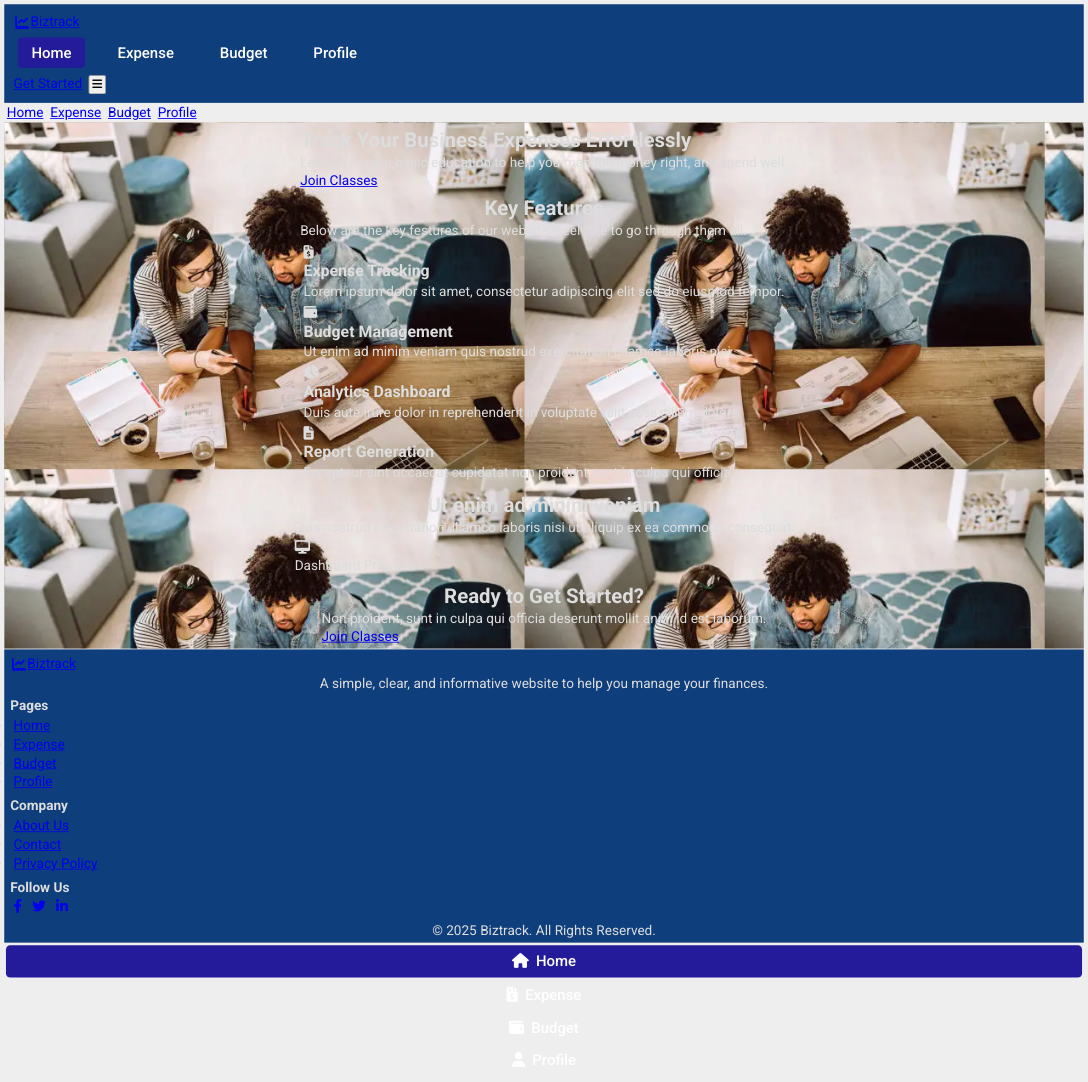
Repository: JoyUdoh106/wdd131
Page: project/index.html
An editor plug-in stored every save of this project. The page is shown before and after the next save, followed by the edit.
The browser window is 1280 px wide. The pictures show the whole page, at 85% of full size.

Above is the page before, as saved 2025-08-10 18:48:57.
Console error: TypeError: Cannot set properties of null (setting 'textContent')

### project/index.html
<!DOCTYPE html>
<html lang="en">
<head>
    <meta charset="UTF-8">
    <meta name="viewport" content="width=device-width, initial-scale=1.0">
    <title>BIZTRACK - Track Expense and Budget - HOME PAGE</title>
    <meta name="description" content="An informational website on tracking expenses and making budgets - Home page">
    <meta name="author" content="Joy Paulinus Udoh">

    <link rel="stylesheet" href="styles/project.css">
    <script src="scripts/project.js" defer></script>
    <link rel="stylesheet" href="styles/project-large.css">
    <link rel="stylesheet" href="https://cdnjs.cloudflare.com/ajax/libs/font-awesome/6.4.0/css/all.min.css">

    <link rel="preconnect" href="https://fonts.googleapis.com">
    <link rel="preconnect" href="https://fonts.gstatic.com" crossorigin>
    <link href="https://fonts.googleapis.com/css2?family=Merriweather:wght@300;400&family=Roboto:ital,wght@0,100..900;1,100..900&display=swap" rel="stylesheet">
</head>
<body>
    <header>
        <div class="container header-container">
            <a href="index.html" class="logo"><i class="fas fa-chart-line"></i> Biztrack</a>
            <nav class="main-nav">
                <ul class="nav-links">
                    <li><a href="index.html" class="nav-link active">Home</a></li>
                    <li><a href="expense.html" class="nav-link">Expense</a></li>
                    <li><a href="budget.html" class="nav-link">Budget</a></li>
                    <li><a href="profile.html" class="nav-link">Profile</a></li>
                </ul>
            </nav>
            <a href="#" class="btn btn-primary get-started-btn">Get Started</a>
            <button class="nav-toggle" id="nav-toggle-btn">
                <i class="fas fa-bars"></i>
            </button>
        </div>
    </header>

    <div class="mobile-nav" id="mobile-nav-menu">
        <a href="index.html" class="nav-link active">Home</a>
        <a href="expense.html" class="nav-link">Expense</a>
        <a href="budget.html" class="nav-link">Budget</a>
        <a href="profile.html" class="nav-link">Profile</a>
    </div>

    <main>
        <section class="hero-section">
            <div class="container">
                <h1>Track Your Business Expenses Effortlessly</h1>
                <p>Let's give you a basic education to help you manage money right, and spend well.</p>
                <a href="#" class="btn btn-primary">Join Classes</a>
            </div>
        </section>

        <section class="features-section">
            <div class="container">
                <h2>Key Features</h2>
                <p>Below are the key festures of our website. Feel free to go through them all.</p>
                <div class="features-grid">
                    <div class="feature-card reveal">
                        <i class="fas fa-file-invoice-dollar icon"></i>
                        <h3>Expense Tracking</h3>
                        <p>Lorem ipsum dolor sit amet, consectetur adipiscing elit sed do eiusmod tempor.</p>
                    </div>
                    <div class="feature-card reveal">
                        <i class="fas fa-wallet icon"></i>
                        <h3>Budget Management</h3>
                        <p>Ut enim ad minim veniam quis nostrud exercitation ullamco laboris nisi.</p>
                    </div>
                    <div class="feature-card reveal">
                        <i class="fas fa-chart-pie icon"></i>
                        <h3>Analytics Dashboard</h3>
                        <p>Duis aute irure dolor in reprehenderit in voluptate velit esse cillum dolore.</p>
                    </div>
                    <div class="feature-card reveal">
                        <i class="fas fa-file-alt icon"></i>
                        <h3>Report Generation</h3>
                        <p>Excepteur sint occaecat cupidatat non proident sunt in culpa qui officia.</p>
                    </div>
                </div>
            </div>
        </section>

        <section class="preview-section">
            <div class="container">
                <h2>Ut enim ad minim veniam</h2>
                <p>Quis nostrud exercitation ullamco laboris nisi ut aliquip ex ea commodo consequat.</p>
                <div class="dashboard-preview reveal">
                    <i class="fas fa-desktop"></i>
                    <p>Dashboard Preview</p>
                </div>
            </div>
        </section>

        <section class="cta-section">
            <div class="container">
                <h2>Ready to Get Started?</h2>
                <p>Non proident, sunt in culpa qui officia deserunt mollit anim id est laborum.</p>
                <a href="#" class="btn btn-light">Join Classes</a>
            </div>
        </section>
    </main>
     <footer>
        <div class="container footer-container">
            <div class="footer-about">
                <a href="index.html" class="logo"><i class="fas fa-chart-line"></i> Biztrack</a>
                <p>A simple, clear, and informative website to help you manage your finances.</p>
            </div>
            <div class="footer-links">
                <h4>Pages</h4>
                <ul>
                    <li><a href="index.html">Home</a></li>
                    <li><a href="expense.html">Expense</a></li>
                    <li><a href="budget.html">Budget</a></li>
                    <li><a href="profile.html">Profile</a></li>
                </ul>
            </div>
            <div class="footer-links">
                <h4>Company</h4>
                <ul>
                    <li><a href="#">About Us</a></li>
                    <li><a href="#">Contact</a></li>
                    <li><a href="#">Privacy Policy</a></li>
                </ul>
            </div>
            <div class="footer-social">
                <h4>Follow Us</h4>
                <div class="social-icons">
                    <a href="#"><i class="fab fa-facebook-f"></i></a>
                    <a href="#"><i class="fab fa-twitter"></i></a>
                    <a href="#"><i class="fab fa-linkedin-in"></i></a>
                </div>
            </div>
        </div>
        <div class="footer-bottom">
            <p>&copy; 2025 Biztrack. All Rights Reserved.</p>
        </div>
    </footer>

    <nav class="mobile-bottom-nav">
        <a href="index.html" class="bottom-nav-link active">
            <i class="fas fa-home"></i>
            <span>Home</span>
        </a>
        <a href="expense.html" class="bottom-nav-link">
            <i class="fas fa-file-invoice-dollar"></i>
            <span>Expense</span>
        </a>
        <a href="budget.html" class="bottom-nav-link">
            <i class="fas fa-wallet"></i>
            <span>Budget</span>
        </a>
        <a href="profile.html" class="bottom-nav-link">
            <i class="fas fa-user"></i>
            <span>Profile</span>
        </a>
    </nav>

</body>
</html>

### project/styles/project.css
* {
    margin: 1px;
    padding: 1px;
    box-sizing: border-box;
}

body {
    font-family: 'Roboto' , sans-serif;
    background-color: #eee;
    color: #ddd;
    background-image: image;
}

header {
    background-color: #0e3e7c;
    display: flex;
    justify-content: space-between;
    align-items: center;
    padding: 7px;
}

header h1 {
    font-size: 1.3rem;
    font-family: 'Merriweather', serif;
}

main {
    background-image: url(../images/project-hero-image.webp);
    justify-items: center;
}

.logo {
    display: flex;
}

nav {
    display: none;
}

#menu-button {
    font-size: 1.7rem;
    background: none;
    border: none;
    color: white;
    cursor: pointer;
}

nav {
    display: none;
}

nav.open {
    display: block;
    position: absolute;
    top: 65px;
    left: 0;
    width: 100%;
    background-color: #310f5e;
}

nav ul {
    list-style-type: none;
    display: flex;
    flex-direction: column;
}

nav a {
    display: block;
    color: white;
    text-align: center;
    padding: 1rem;
    text-decoration: none;
    font-size: 1.1rem;
    font-weight: 500;
}

nav a:hover, nav a.active {
    background-color: #231b9a;
}

#infor {
    color: white;
    background-color: rgba(5, 39, 114, 0.562);
    margin: 4px;
    padding: 1px;
}

.morquee-button {
    background-color: rgb(4, 107, 138);
    border-radius: 6px;
    border: rgba(93, 17, 138, 0.3);
    padding: 5px;
    color: #ddd;
    font-family: 'Roboto', sans-serif;
}

.section {
    color: white;
}

.project-home {
    width: 90%;
    background-color: rgba(8, 19, 165, 0.5);
    margin-left: auto;
    margin-right: auto;
    padding: 10px;
    margin: 2px 5px;
    border: rgba(74, 226, 231, 0.5);
    border-radius: 6px;
    max-width: 700px;
}

h2 {
    text-align: center;
}

ol {
     list-style-type: none;
}

footer {
    background-color: #0e3e7c;
}

.footer {
    display: flex;
    justify-content: space-between;
    align-items: center;
    padding: 10px 20px;
}

footer p {
    text-align: center;
}

.sociallinks {
    display: flex;
    gap: 10px;
}

.sociallinks a img {
    width: 50px;
    height: auto;
    text-decoration: none;
}

.sociallinks a {
    text-decoration: none;
}

### project/scripts/project.js
document.addEventListener('DOMContentLoaded', () => {

    const currentYearSpan = document.getElementById('current-year');
    const currentYear = new Date().getFullYear();
    currentYearSpan.textContent = currentYear;

    const lastModifiedSpan = document.getElementById('last-modified');
    const lastModified = document.lastModified;
    lastModifiedSpan.textContent = lastModified;

    const menuButton = document.getElementById('menu-button');
    const nav = document.querySelector('nav');

    menuButton.addEventListener('click', () => {
        nav.classList.toggle('open');
        if (nav.classList.contains('open')) {
            menuButton.textContent = 'X';
        } else {
            menuButton.textContent = '☰';
        }
    });

});

### project/styles/project-large.css
@media (min-width: 768px) {
    #menu-button {
        display: none;
    }

    nav {
        display: block;
        position: static;
        width: auto;
        background-color: transparent;
    }

    nav ul {
        flex-direction: row;
        gap: 1rem;
    }

    nav a {
        padding: 0.5rem 1rem;
        border-radius: 5px;
    }

    #infor {
        padding: 7px;
        margin: 10px;
    }

    .project-home {
        max-width: 1600px;
    }

}

After the next save:
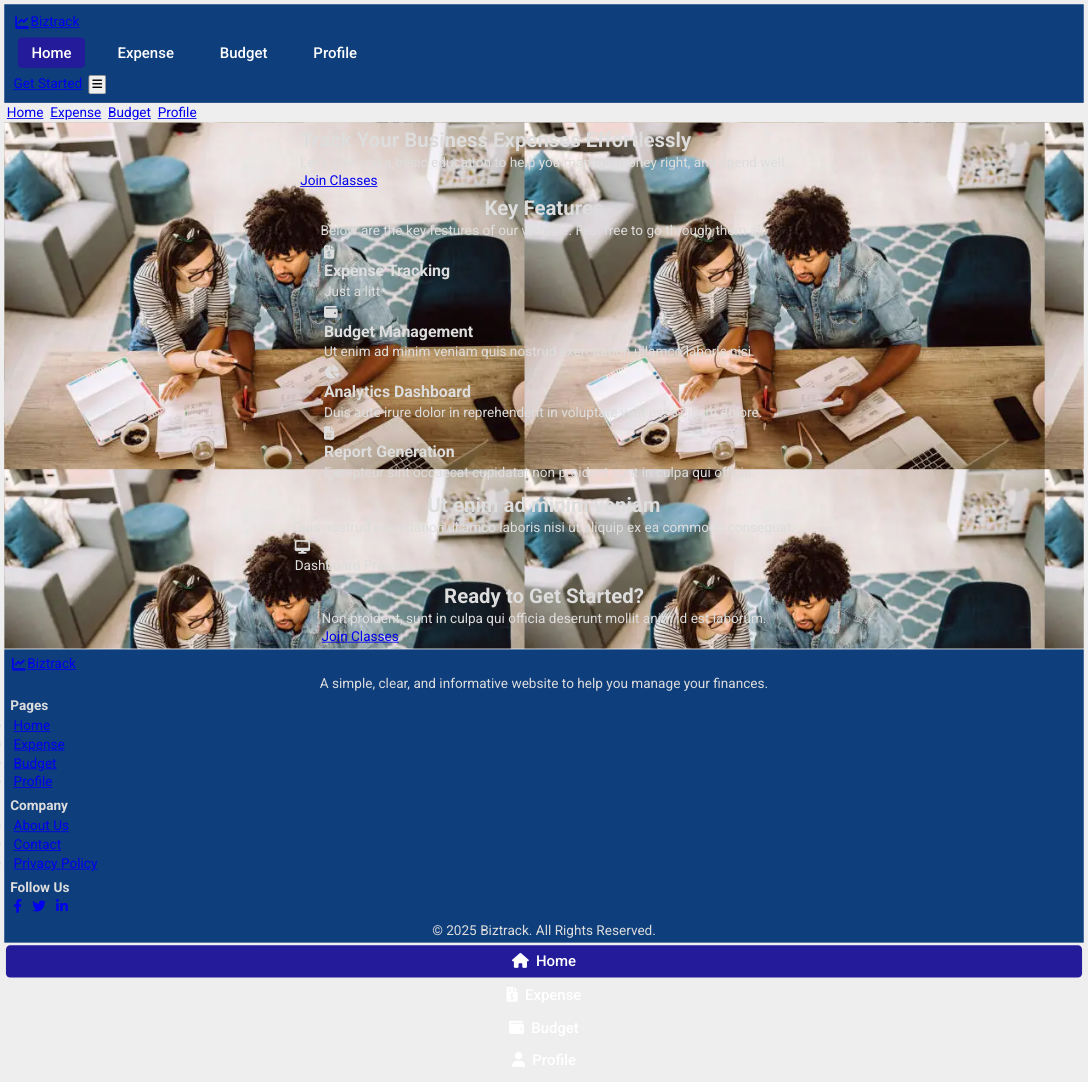
Saved 9 s later.
--- a/project/index.html
+++ b/project/index.html
@@ -59,7 +59,7 @@
                     <div class="feature-card reveal">
                         <i class="fas fa-file-invoice-dollar icon"></i>
                         <h3>Expense Tracking</h3>
-                        <p>Lorem ipsum dolor sit amet, consectetur adipiscing elit sed do eiusmod tempor.</p>
+                        <p>Just a litt</p>
                     </div>
                     <div class="feature-card reveal">
                         <i class="fas fa-wallet icon"></i>
